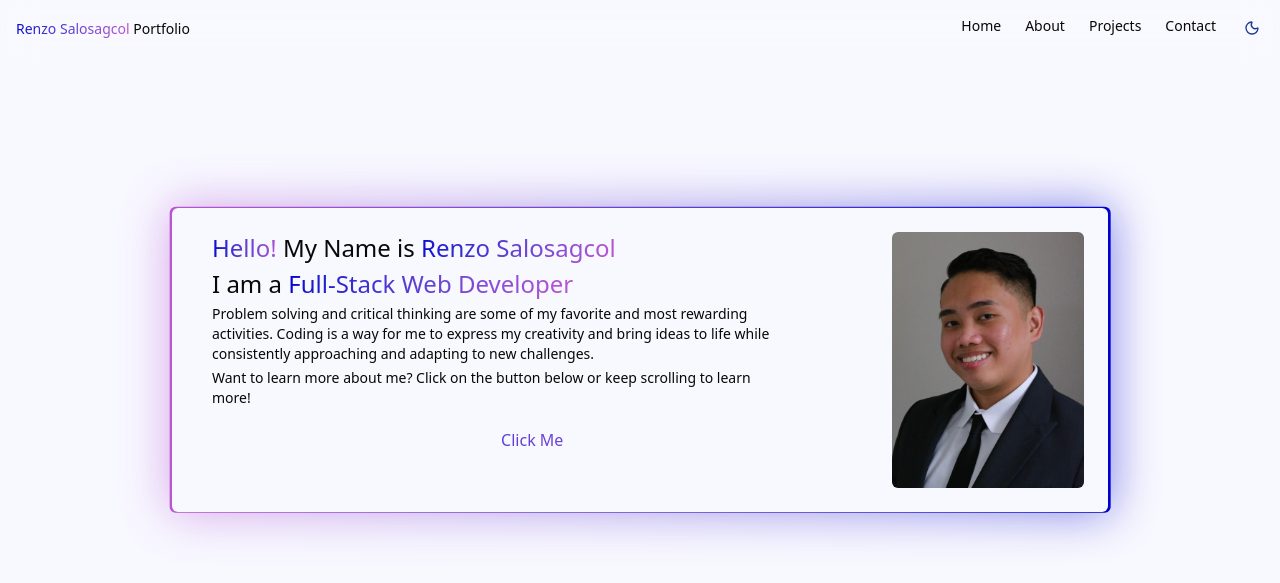
Repository: Renzo-Salosagcol/Updated_Personal_Portfolio
Page: /
These files come from the project's save history. The page is drawn as it stood at one moment and after a run of saves; the edit follows.
The browser window is 1280 px wide. The pictures show the whole page.
The project was rebuilt for these pictures with package versions that can differ from the ones it lists, and the page was loaded fresh each time. Also part of the build but not shown: vite.config.js, src/pages/NotFound.jsx.

Above is the page before, as saved 2025-10-09 20:14:30.

### index.html
<!doctype html>
<html lang="en">
  <head>
    <meta charset="UTF-8" />
    <link rel="icon" type="image/svg+xml" href="/vite.svg" />
    <meta name="viewport" content="width=device-width, initial-scale=1.0" />
    <title>updated-personal-portfolio</title>
  </head>
  <body>
    <div id="root"></div>
    <script type="module" src="/src/main.jsx"></script>
  </body>
</html>

### src/index.css
@import "tailwindcss";

@theme {
  --color-background: var(--background);
  --color-foreground: var(--foreground);

  --color-primary: var(--primary);
  --color-secondary: var(--secondary);

  --animate-fade-in: fade-in 1s ease-in forwards;
}

@layer base {
  /* Light Theme */
  :root {
    --background: #f8f8ff; /* Ghost White */
    --foreground: #080808; /* Vampire Black */

    --primary: #0000cd; /* Medium Blue */
    --secondary: #ba55d3; /* Medium Orchid */
  }

  /* Dark Theme */
  .dark {
    --background: #080808; /* Vampire Black */
    --foreground: #f8f8ff; /* Ghost White */

    --primary: #ff0800; /* Candy Apple Red */
    --secondary: #fefc22; /* Laser Lemon */
  }

  html {
    @apply scroll-smooth;
  }

  body {
    @apply bg-background text-foreground transition-colors duration-300;
  }
}

@property --gradient-angle {
  syntax: "<angle>";
  initial-value: 0deg;
  inherits: false;
}

@keyframes spin {
  from {
    --gradient-angle: 0deg;
  }
  to {
    --gradient-angle: 360deg;
  }
}

@keyframes fade-in {
  0% {
    opacity: 0;
    transform: translateY(20px);
  }
  100% {
    opacity: 1;
    transform: translateY(0);
  }
}

@utility container {
  margin-inline: auto;
  padding-inline: 1rem;
}

@utility after-gradient-border {
  @apply absolute h-[100.8%] w-[100.5%] top-1/2 left-1/2 -translate-x-1/2 -translate-y-1/2 rounded-md -z-10 bg-gradient-to-l from-primary to-secondary;
  content: '';
  /* animation: 3s spin linear infinite; */
}

@utility before-gradient-border {
  @apply after-gradient-border;
  filter: blur(1.5rem);
  opacity: 0.5;
}

@utility after-gradient-button {
  @apply absolute h-[100%] w-[100%] rounded-full bg-gradient-to-l from-primary to-secondary -z-1;
}

@utility gradient-text {
  @apply text-transparent bg-clip-text bg-gradient-to-r from-primary to-secondary;
}

@utility gradient-button {
  @apply relative flex justify-center items-center py-[1em] px-[2em] bg-background/70 border-none gradient-text after:after-gradient-button hover:scale-[105%]
}

@utility gradient-border {
  @apply after:after-gradient-border before:before-gradient-border
}

@utility glassmorphism {
  @apply bg-background/30 backdrop-blur-lg
}

### src/App.jsx
import { BrowserRouter, Routes, Route } from "react-router-dom"
import { Home } from "./pages/Home"
import { NotFound } from "./pages/NotFound"

function App() {
  return (
    <BrowserRouter>
      <Routes>
        <Route path="/" element={<Home />} />
        <Route path="*" element={<NotFound />} />
      </Routes>
    </BrowserRouter>
  )
}

export default App

### src/pages/Home.jsx
import { Background } from "../components/Background"
import { Navbar } from "../components/Navbar"
import { Hero } from "../components/Hero"

export const Home = () => {
  return (
    <div id="home" className="w-full h-screen">
      {/* Background */}
      <Background />


      {/* Navbar */}
      <Navbar />

      {/* Main */}
      <Hero />

      {/* Footer */}
    </div>
  )
}

### src/components/Background.jsx


export const Background = () => {
  return (
    <div className="fixed inset-0 overflow-hidden pointer-events-none -z-40 bg-background w-screen h-screen">
    </div>
  )
}

### src/components/Navbar.jsx
import { ThemeToggle } from './ThemeToggle'

const items = [
  { name: 'Home', href: '#home' },
  { name: 'About', href: '#about' },
  { name: 'Projects', href: '#projects' },
  { name: 'Contact', href: '#contact' },
]

export const Navbar = () => {
  return (
    <nav className="fixed top-0 left-0 w-full p-2 flex items-center justify-between glassmorphism z-40 text-sm md:text-md text-foreground">
      <a href="#home" className="p-2"><span className="gradient-text">Renzo Salosagcol</span> Portfolio</a>
      <ul className="flex gap-6 p-2">
        {items.map(item => (
          <li key={item.name}
            className="hover:gradient-text transition-all duration-300 relative">
            <a href={item.href}>{item.name}</a>
          </li>
        ))}
        <li><ThemeToggle /></li>
      </ul>
    </nav>
  )
}

### src/components/Hero.jsx


export const Hero = () => {
  return (
    <main className="relative min-h-screen flex items-center justify-center max-w-10/12 rounded-md container z-0">
      <div className="z-0 relative gradient-border opacity-0 animate-fade-in">
        <div className="w-full h-full relative container flex justify-between gap-6 rounded-md p-6 bg-background">
          <div className="container flex flex-col gap-1">
            <h1 className="text-lg md:text-xl lg:text-2xl">
              <span className="gradient-text">Hello! </span>
              My Name is
              <span className="gradient-text"> Renzo Salosagcol</span>
            </h1>
            <h1 className="text-lg md:text-xl lg:text-2xl">I am a <span className="gradient-text">Full-Stack Web Developer</span></h1>
            <h3 className="w-md md:w-lg lg:w-xl text-sm">Problem solving and critical thinking are some of my favorite and most rewarding activities. Coding is a way for me to express my creativity and bring ideas to life while consistently approaching and adapting to new challenges.</h3>
            <h3 className="w-md md:w-lg lg:w-xl text-sm">Want to learn more about me? Click on the button below or keep scrolling to learn more!</h3>
            <button className="gradient-button">
              Click Me
            </button>
          </div>
          <div>
            <img
            src="../../headshot.jpeg"
            alt="Headshot Photo"
            className="rounded-md w-64 h-64 object-cover"
            />
          </div>
      </div>
      </div>
    </main>
  )
}

### src/components/ThemeToggle.jsx
import { useState, useEffect } from "react"
import { Sun, Moon } from "lucide-react"

export const ThemeToggle = () => {
  const [isDark, setIsDark] = useState(false)

  useEffect(() => {
    const theme = localStorage.getItem("theme")
    if (theme) {
      setIsDark(theme === "dark")
      document.documentElement.classList.toggle("dark", theme === "dark")
    }
  }, [])

  const toggleTheme = () => {
    setIsDark(!isDark)
    document.documentElement.classList.toggle("dark", !isDark)
    localStorage.setItem("theme", !isDark ? "dark" : "light")
  }

  return (
    <button
      onClick={toggleTheme}
      className="max-sm:hidden p-1 z-50 rounded-full transition-color duration-300 focus:outline-hidden"
    >
      {isDark ? (
        <Sun className="h-4 w-4 text-yellow-300" />
      ) : (
        <Moon className="h-4 w-4 text-blue-900" />
      )}
    </button>

  )
}

Loaded but not shown: src/main.jsx (common file)

After the next 2 saves:
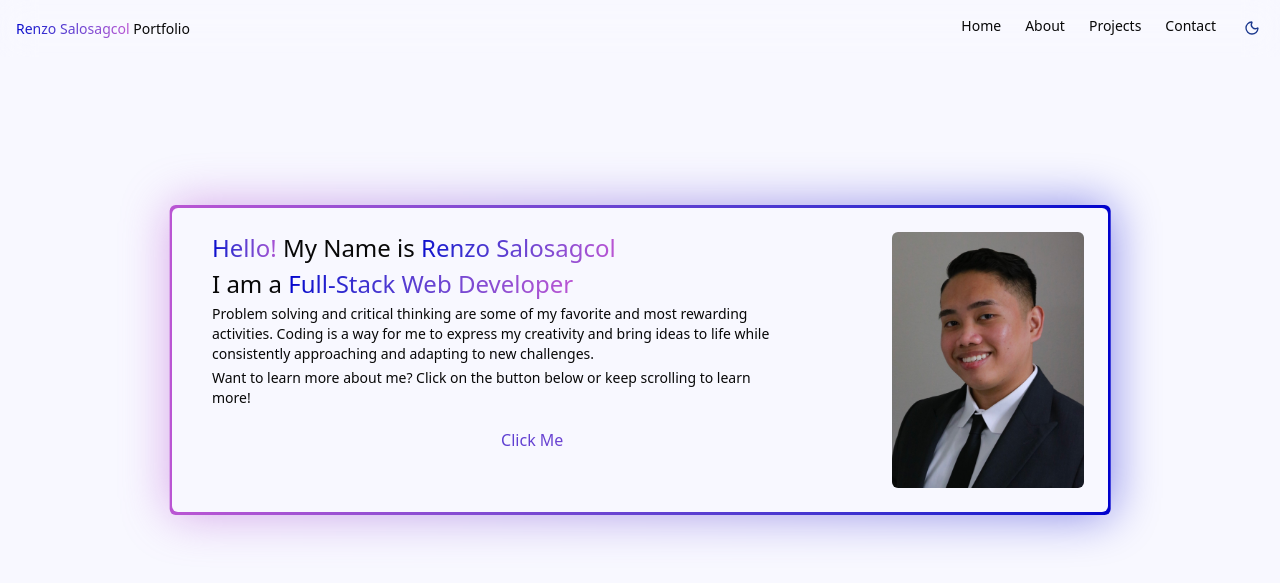
The 2 saves are shown as one change because they came seconds apart.
The last was saved 14 s later.
--- a/src/index.css
+++ b/src/index.css
@@ -70,7 +70,7 @@
 }
 
 @utility after-gradient-border {
-  @apply absolute h-[100.8%] w-[100.5%] top-1/2 left-1/2 -translate-x-1/2 -translate-y-1/2 rounded-md -z-10 bg-gradient-to-l from-primary to-secondary;
+  @apply absolute h-[102%] w-[100.5%] top-1/2 left-1/2 -translate-x-1/2 -translate-y-1/2 rounded-md -z-10 bg-gradient-to-l from-primary to-secondary;
   content: '';
   /* animation: 3s spin linear infinite; */
 }
